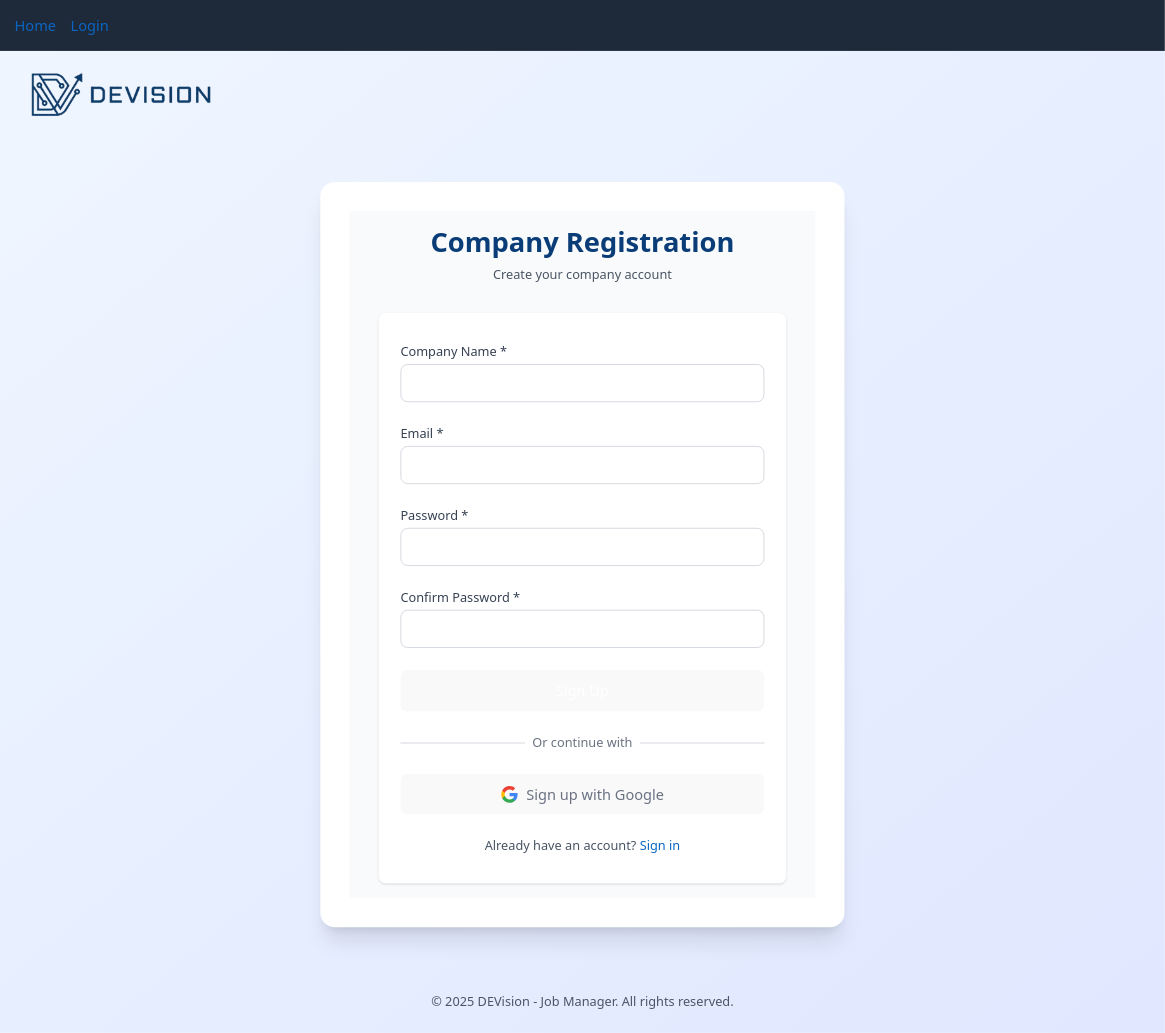
Repository: ISYS3461-2025C-Mulan-DEVision/JobManager_FE
Page: /register
The author's editor kept a copy of each file at every save. The page is drawn from the files as they stood at one save, then again after the next save.
The browser window is 1280 px wide. The pictures show the whole page, at 91% of full size.
The project was rebuilt for these pictures with package versions that can differ from the ones it lists, and the page was loaded fresh each time. Also part of the build but not shown: vite.config.js, src/pages/Home.tsx, src/components/headless/Table/Table.tsx, src/components/headless/Modal/Modal.tsx, src/components/ui/Card/Card.tsx, src/components/ui/Spinner/Spinner.tsx, src/components/ui/Alert/Alert.tsx, src/components/feature/Authentication/CompanyLogin/CompanyLoginForm.tsx and 4 more.

Above is the page before, as saved 2025-12-12 15:03:15.

After the next save:
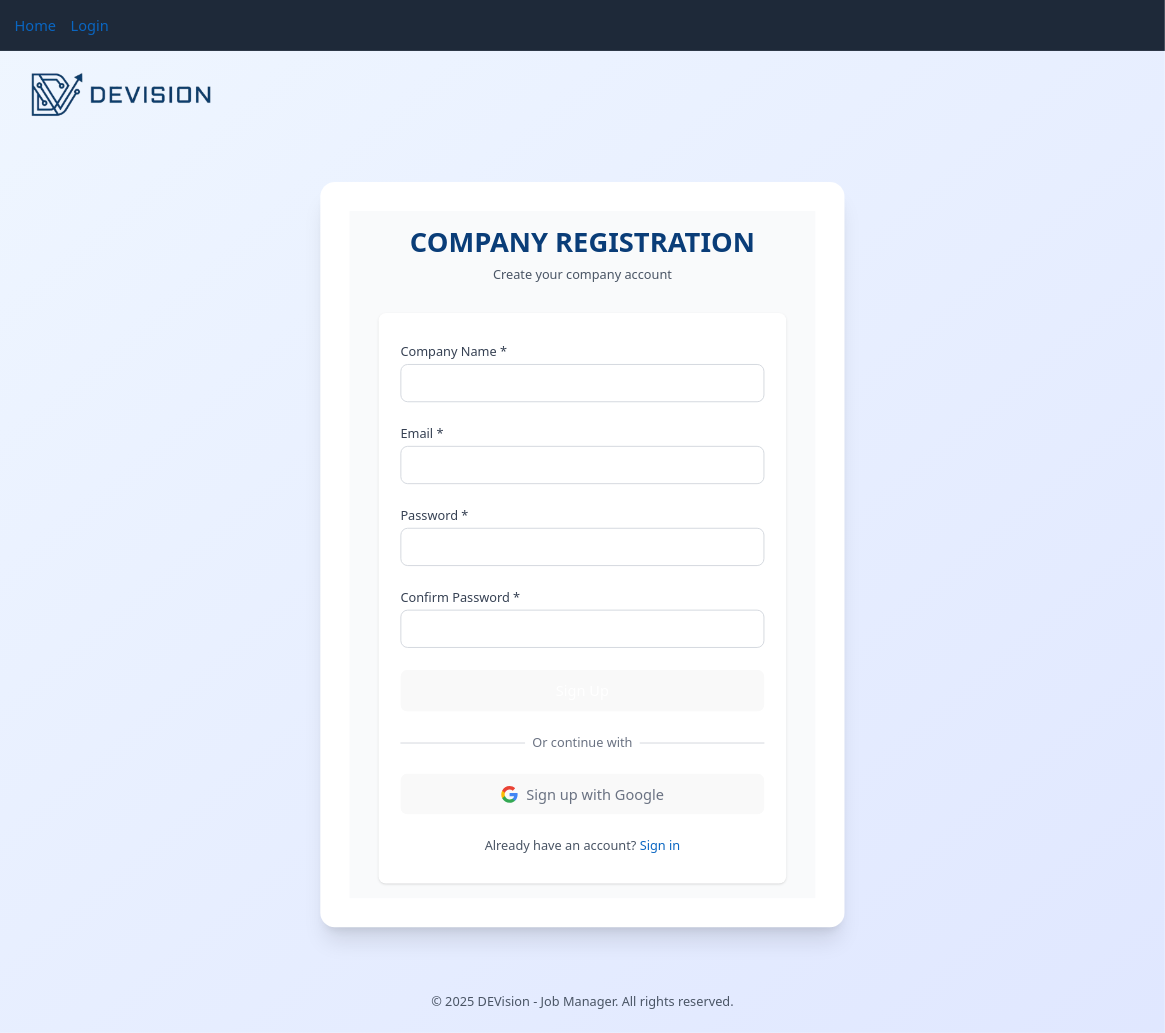
Saved 17 s later.
--- a/src/components/feature/Authentication/CompanySignup/CompanySignupForm.tsx
+++ b/src/components/feature/Authentication/CompanySignup/CompanySignupForm.tsx
@@ -28,7 +28,7 @@ export const CompanySignupForm: React.FC<CompanySignupFormProps> = ({
         <div className="flex flex-col items-center justify-center bg-gray-50 py-4 px-1 sm:px-6 lg:px-8">
             <div className="text-center mb-8">
                 <h2 className="text-3xl font-bold text-heading">
-                    Company Registration
+                    COMPANY REGISTRATION
                 </h2>
                 <p className="mt-2 text-sm text-gray-600">
                     Create your company account
